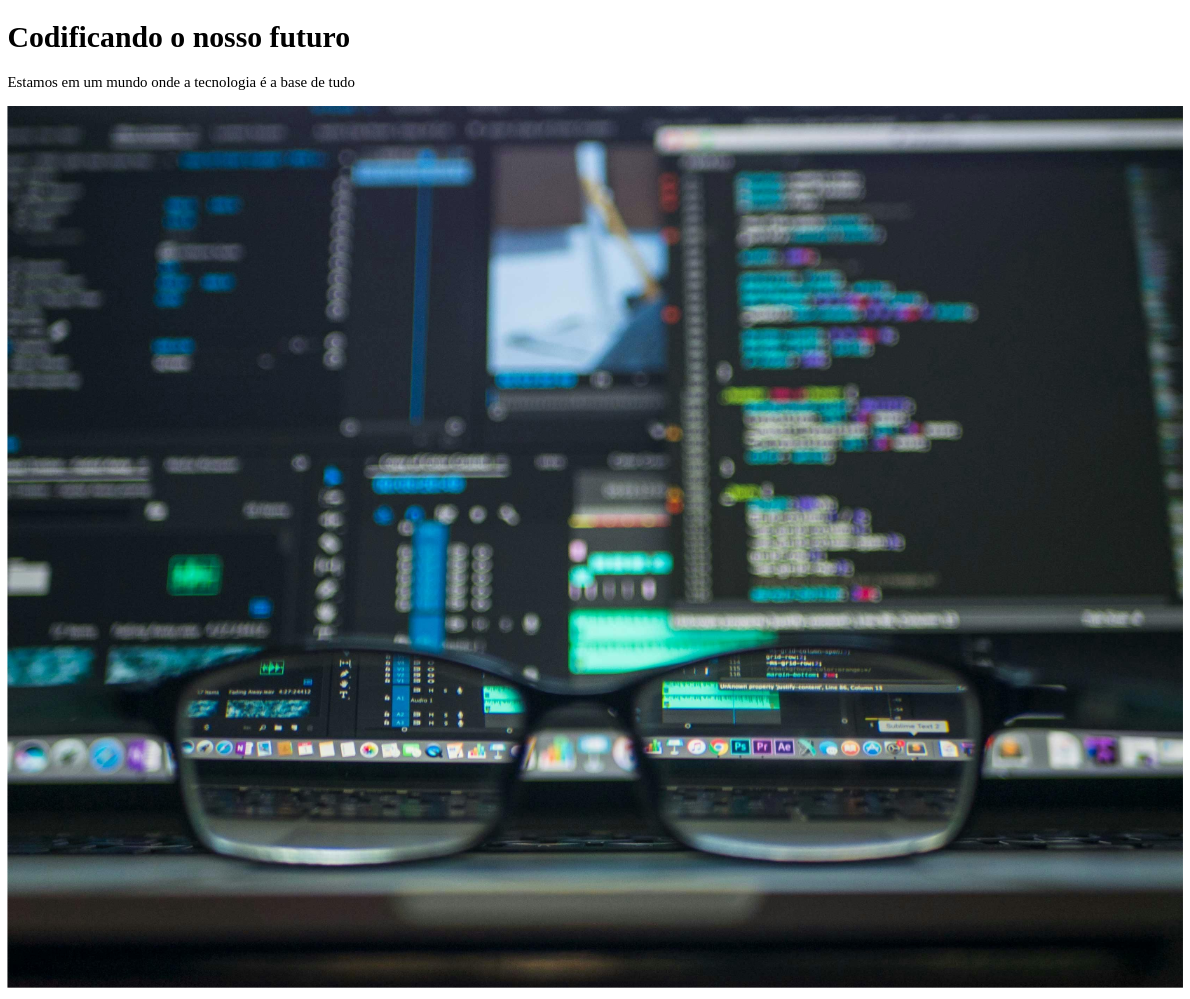
Repository: Caiquedev123/Sites
Page: index.html
The author's editor kept a copy of each file at every save. The page is drawn from the files as they stood at one save, then again after a run of saves.
The browser window is 1280 px wide. The pictures show the whole page, at 93% of full size.

Above is the page before, as saved 2024-07-22 14:04:14.

### index.html
<!DOCTYPE html>
<html lang="en">
<head>
    <meta charset="UTF-8">
    <meta name="viewport" content="width=device-width, initial-scale=1.0">
    <title>Projeto</title>
    <link rel="stylesheet" href="style.css">
</head>
<body>
    <h1>Codificando o nosso futuro</h1>
    <p>Estamos em um mundo onde a tecnologia é a base de tudo</p>
    <section class="imagens">
        <img src="./imagem/Progrmação.jpg" alt="programação">
    </section>
</body>
</html>

### style.css
body{background-color: rgb(255, 255, 255);}

img{
    width: 100%;
    object-fit: cover;
}

After the next 3 saves:
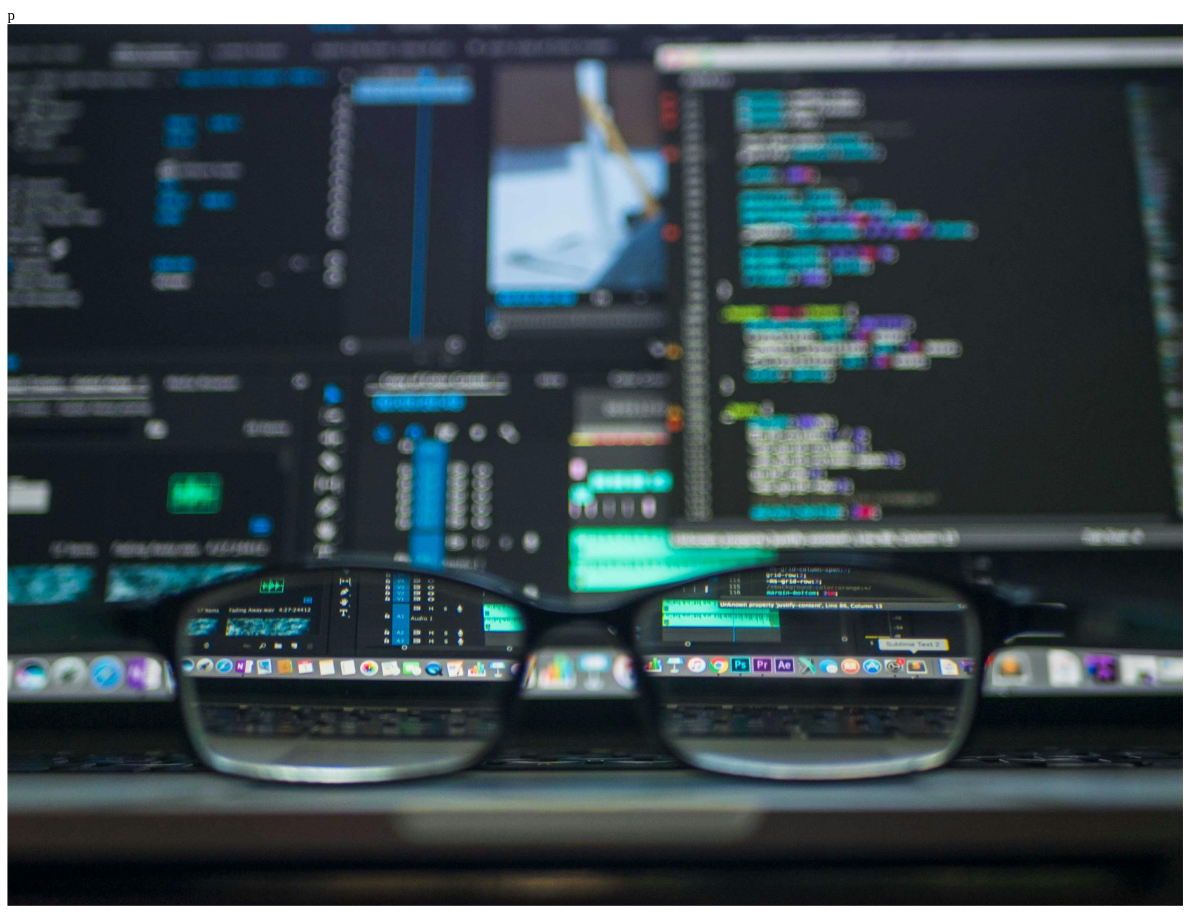
The 3 saves are shown as one change because they came seconds apart.
The last was saved 13 s later.
--- a/index.html
+++ b/index.html
@@ -7,8 +7,7 @@
     <link rel="stylesheet" href="style.css">
 </head>
 <body>
-    <h1>Codificando o nosso futuro</h1>
-    <p>Estamos em um mundo onde a tecnologia é a base de tudo</p>
+    p
     <section class="imagens">
         <img src="./imagem/Progrmação.jpg" alt="programação">
     </section>
